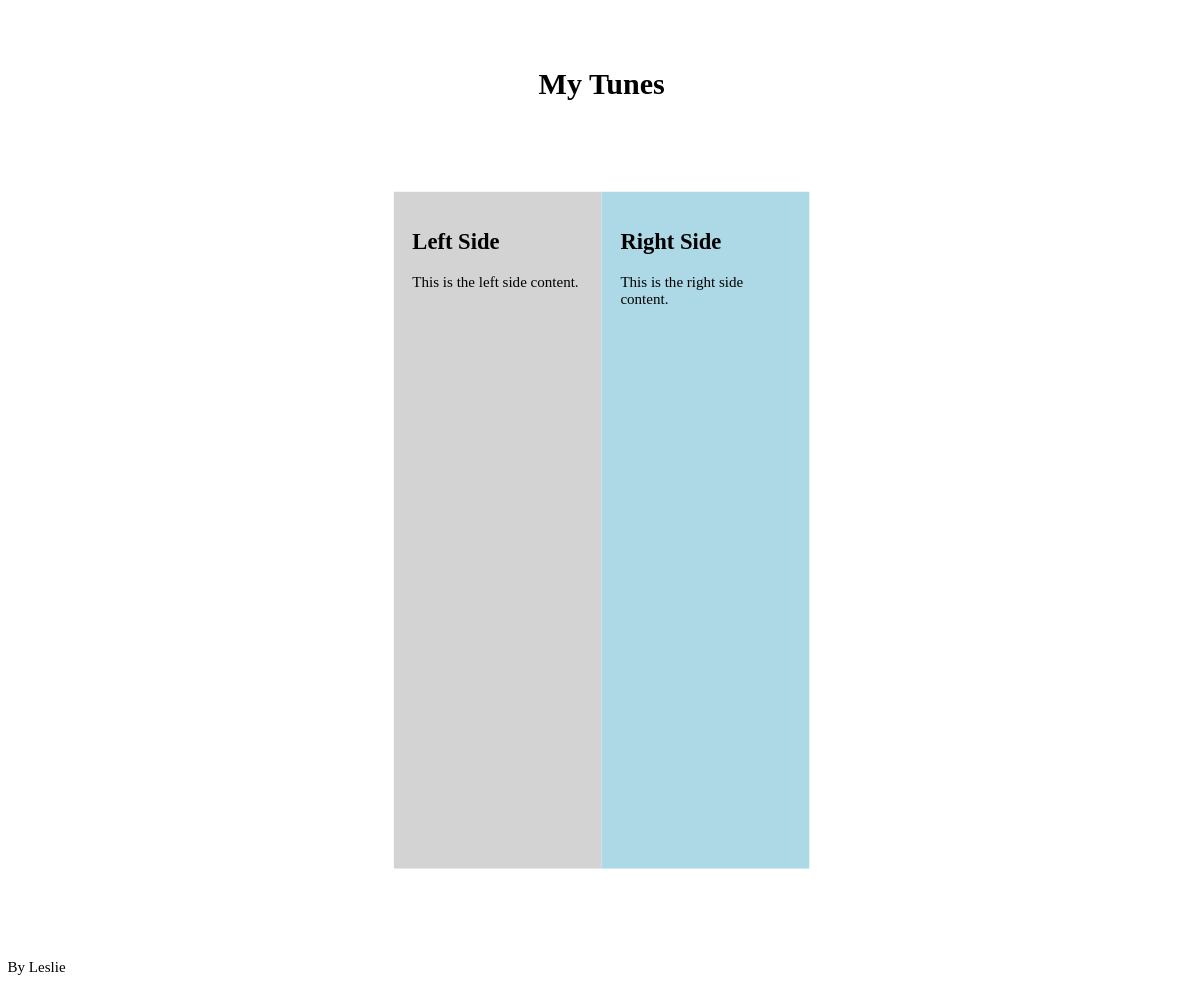
Repository: leslie179/labOne
Page: /
These files come from the project's save history. The page is drawn as it stood at one moment and after a run of saves; the edit follows.
The browser window is 1280 px wide. The pictures show the whole page, at 94% of full size.
The project was rebuilt for these pictures with package versions that can differ from the ones it lists, and the page was loaded fresh each time. The framework's server and built-in components were replaced by stand-ins that run in the browser. Also part of the build but not shown: next.config.js, components/Footer/Footer.module.css, components/LeftComponent/LeftComponent.module.css, components/RightComponent/RightComponent.module.css.

Above is the page before, as saved 2024-09-15 21:37:12.

After the next 2 saves:
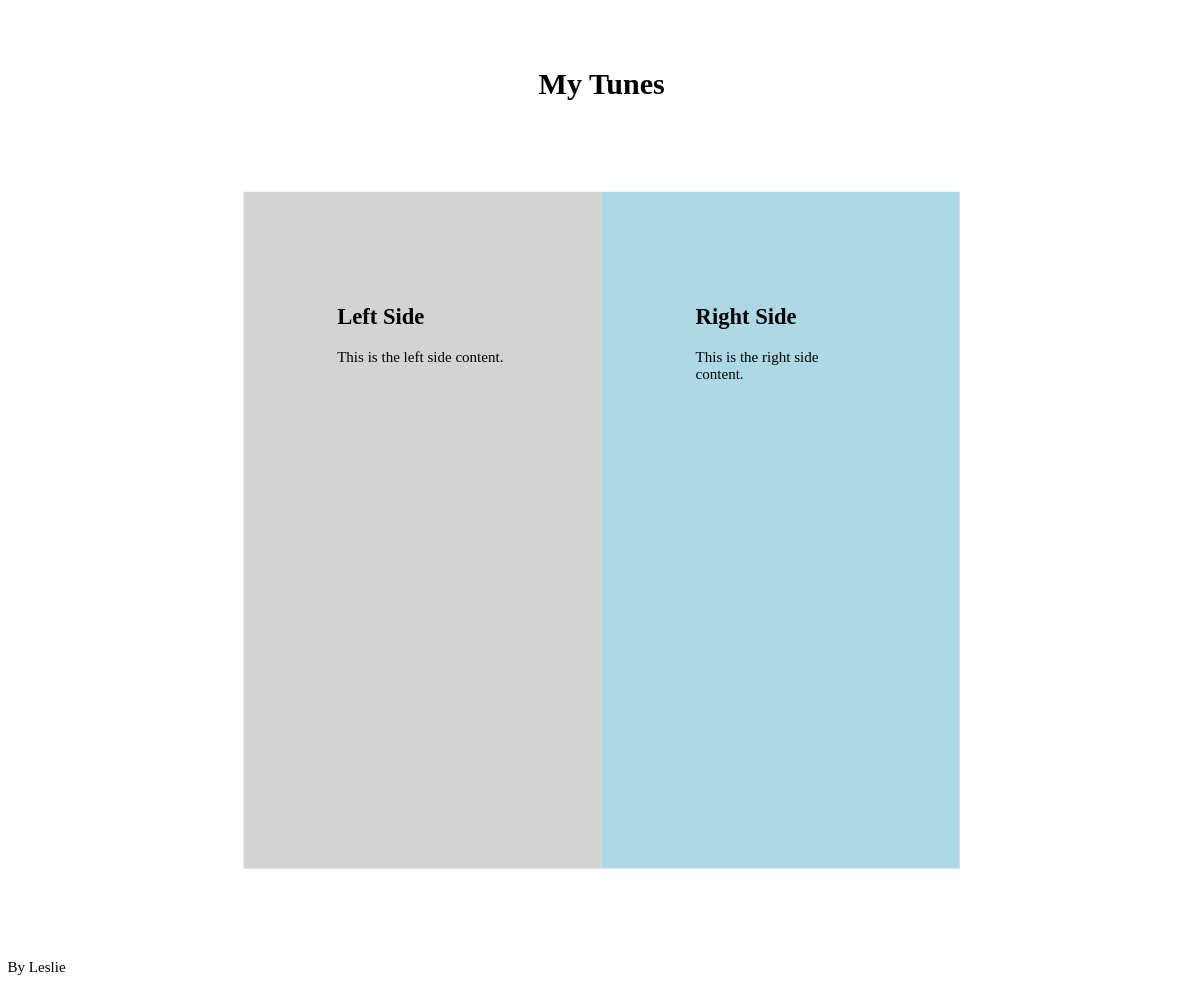
The 2 saves are shown as one change because they came seconds apart.
The last was saved 15 s later.
--- a/styles/Home.module.css
+++ b/styles/Home.module.css
@@ -16,7 +16,7 @@
 
 .left, .right {
   flex: 1;
-  padding: 20px;
+  padding: 100px;
   box-sizing: border-box;
 }
 
